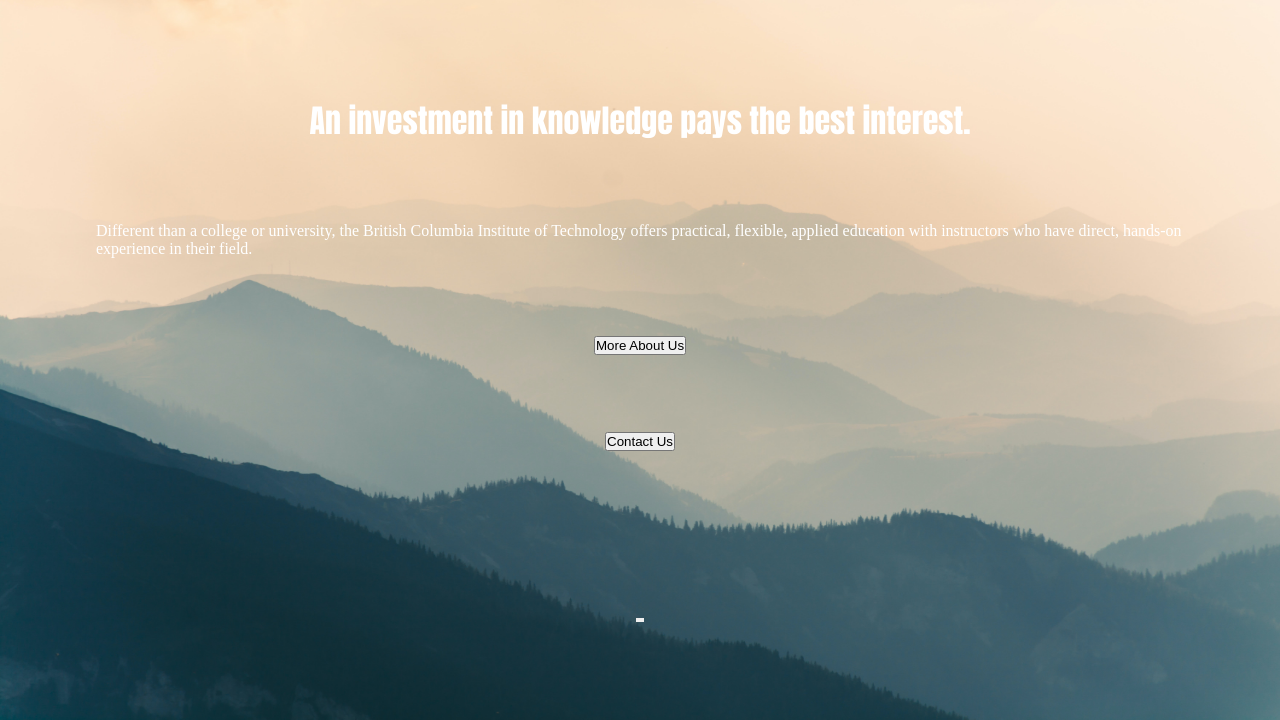
Repository: jennydmcm/assignment-1-playwright-site-A01338943
Page: /
The author's editor kept a copy of each file at every save. The page is drawn from the files as they stood at one save, then again after the next save.
The browser window is 1280 px wide. The pictures show the whole page.
The project was rebuilt for these pictures with package versions that can differ from the ones it lists, and the page was loaded fresh each time. The framework's server and built-in components were replaced by stand-ins that run in the browser. Also part of the build but not shown: next.config.js.

Above is the page before, as saved 2023-02-08 09:01:00.

After the next save:
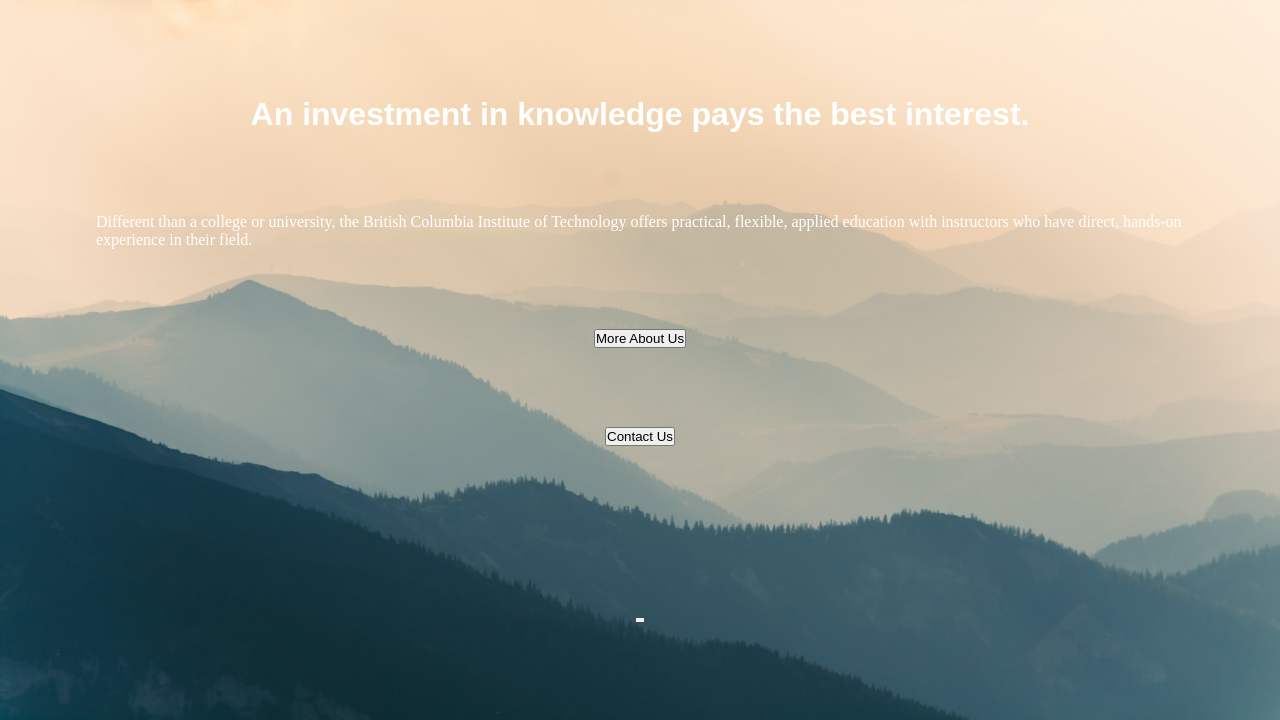
Saved 18 s later.
--- a/styles/Home.module.css
+++ b/styles/Home.module.css
@@ -9,7 +9,7 @@
 }
 .header{
   color: var(--primary-color);
-  font-family: Impact, Haettenschweiler, 'Arial Narrow Bold', sans-serif;
+  font-family: Arial, Helvetica, sans-serif;
 }
 .subhead{
   color: var(--primary-color);
